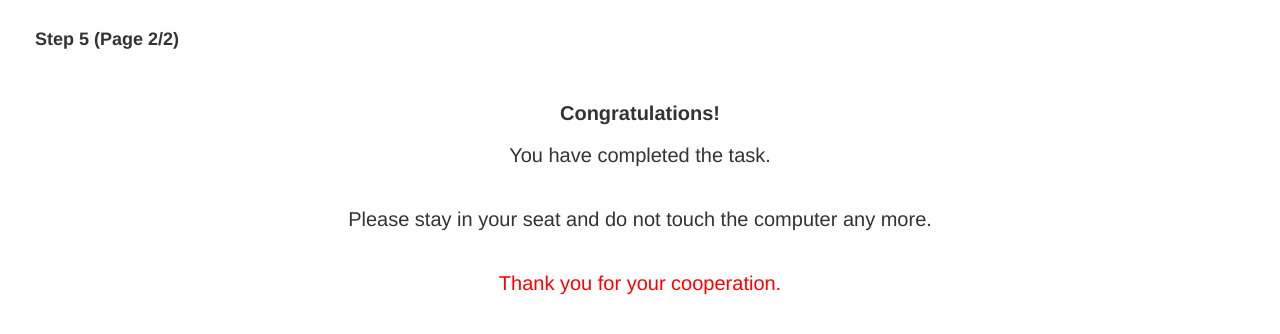
Repository: zmikaya/behavecon
Page: templates/group/Free3Dams/Free3Dams_p22.html
The author's editor kept a record of every edit. The page is drawn from the files as they stood at one moment, then again after the next edit.
The browser window is 1280 px wide. The pictures show the whole page.
The template is drawn by Django 2.2. The application's start-up code is not run. The template is opened directly, without the code that normally fills it, so the values that code supplies are empty.

Above is the page before.
Console error: TypeError: Cannot read properties of null (reading 'getAttribute')

After the next edit:
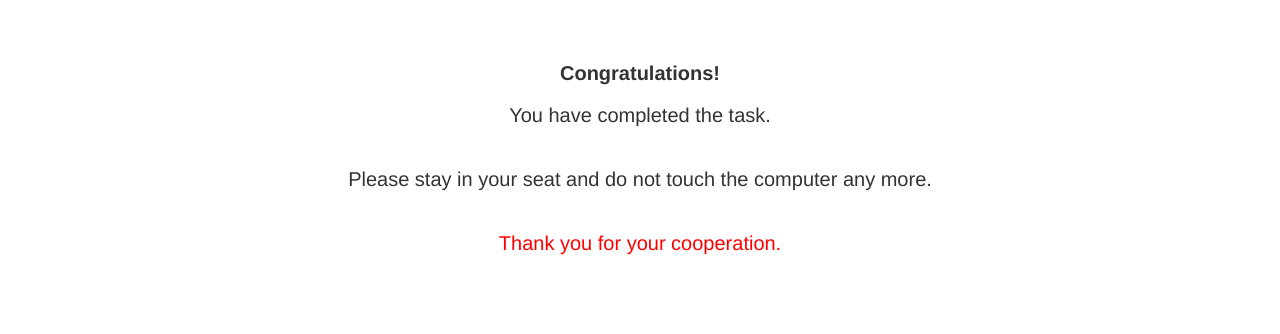
The edit:
--- a/templates/group/Free3Dams/Free3Dams_p22.html
+++ b/templates/group/Free3Dams/Free3Dams_p22.html
@@ -5,9 +5,9 @@
     <!-- Page Content -->
     <div id="page-content-wrapper">
         <div class="container-fluid">
-            <div class="progess-northwest">
-                <h4><b>Step 5 (Page 2/2)</b></h4>
-            </div>
+            <!--<div class="progess-northwest">-->
+            <!--    <h4><b>Step 5 (Page 2/2)</b></h4>-->
+            <!--</div>-->
             <div class="row">
                 <div class="col-lg-1"></div>
                 <div class="col-lg-10 center">
